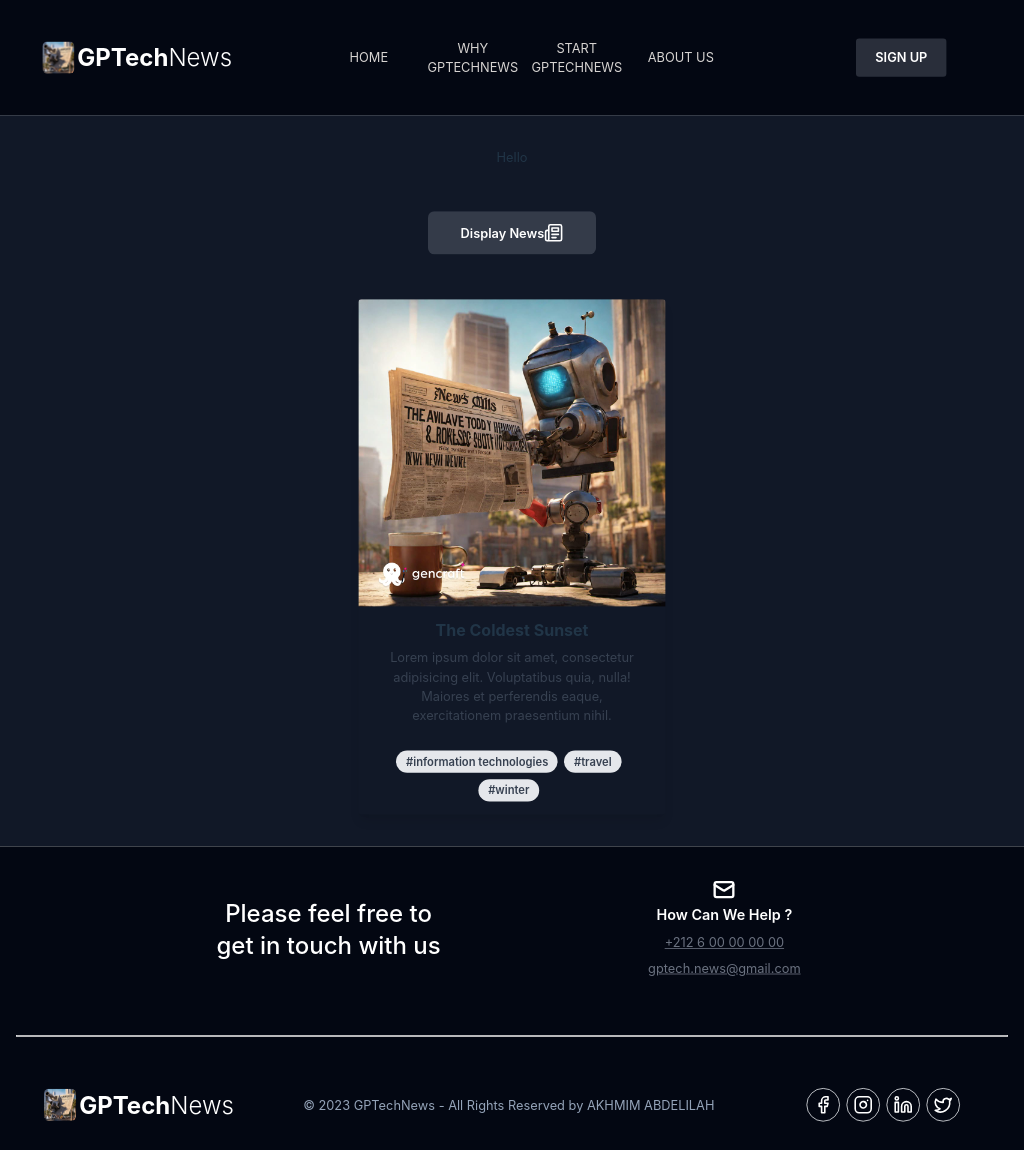
Repository: Lablab-me-Hackathon/gptech-news-frontend
Page: /
The author's editor kept a copy of each file at every save. The page is drawn from the files as they stood at one save, then again after the next save.
The browser window is 1280 px wide. The pictures show the whole page, at 80% of full size.
The project was rebuilt for these pictures with package versions that can differ from the ones it lists, and the page was loaded fresh each time. Also part of the build but not shown: vite.config.js.

Above is the page before, as saved 2023-08-05 17:27:25.

After the next save:
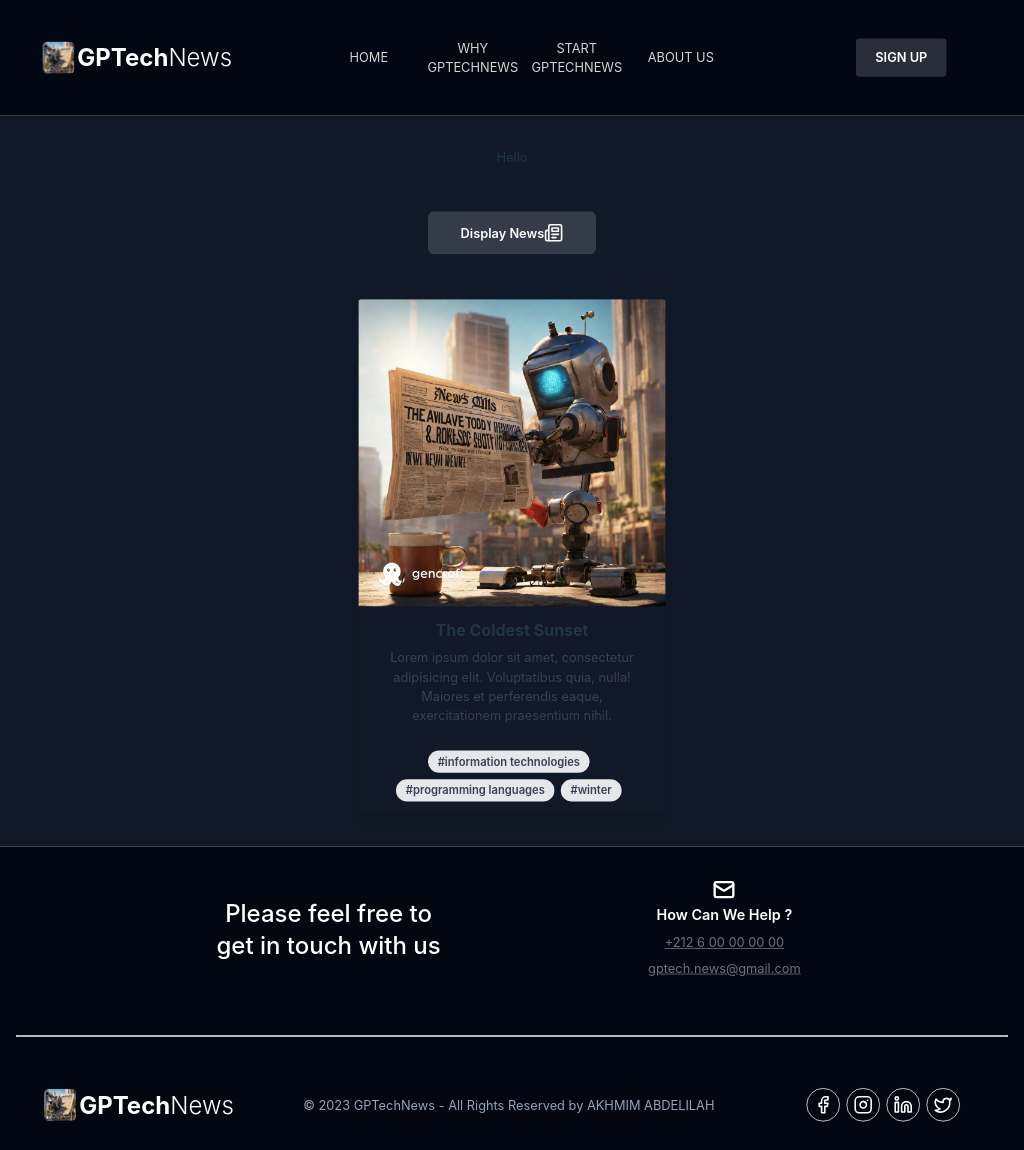
Saved 17 s later.
--- a/src/services/main/Cards.jsx
+++ b/src/services/main/Cards.jsx
@@ -11,7 +11,7 @@
     </div>
     <div className="px-6 pt-4 pb-2">
       <span className="inline-block bg-gray-200 rounded-full px-3 py-1 text-sm font-semibold text-gray-700 mr-2 mb-2">#information technologies</span>
-      <span className="inline-block bg-gray-200 rounded-full px-3 py-1 text-sm font-semibold text-gray-700 mr-2 mb-2">#travel</span>
+      <span className="inline-block bg-gray-200 rounded-full px-3 py-1 text-sm font-semibold text-gray-700 mr-2 mb-2">#programming languages</span>
       <span className="inline-block bg-gray-200 rounded-full px-3 py-1 text-sm font-semibold text-gray-700 mr-2 mb-2">#winter</span>
     </div>
   </div></div>
